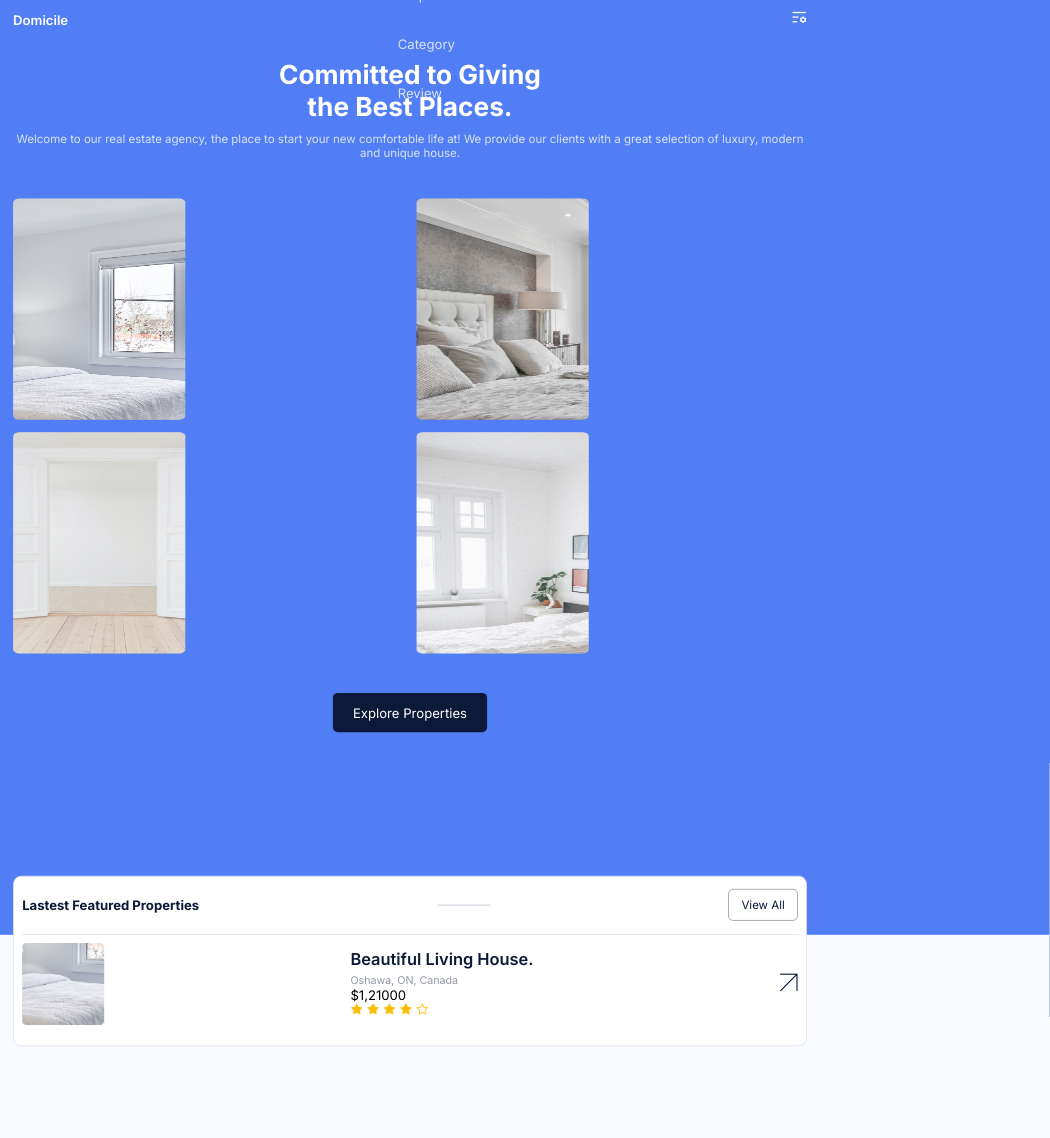
Repository: haokiet2501/domicile-real-estate
Page: index.html
An editor plug-in stored every save of this project. The page is shown before and after the next save, followed by the edit.
The browser window is 1280 px wide. The pictures show the whole page, at 82% of full size.
The style sheet was rebuilt from its Sass, Less or Tailwind sources for each picture, by a compiler version that may differ from the author's.

Above is the page before, as saved 2022-06-11 16:24:12.

### index.html
<!DOCTYPE html>
<html lang="en">
<head>
    <meta charset="UTF-8">
    <meta http-equiv="X-UA-Compatible" content="IE=edge">
    <meta name="viewport" content="width=device-width, initial-scale=1.0">
    <link href="https://cdn.jsdelivr.net/npm/remixicon@2.5.0/fonts/remixicon.css" rel="stylesheet">
    <link rel="stylesheet" href="sass/css/styles.css">
    <title>Real Estate Website - Domicile</title>
</head>
<body>
    <header class="header" id="header">
        <nav class="nav container">
            <a href="#" class="nav__logo">Domicile</a>

            <div class="nav__menu" id="nav-menu">
                <ul class="nav__list">
                    <li class="nav__item">
                        <a href="#" class="nav__link active-link">Home</a>
                    </li>
                    <li class="nav__item">
                        <a href="#" class="nav__link">Properties</a>
                    </li>
                    <li class="nav__item">
                        <a href="#" class="nav__link">Category</a>
                    </li>
                    <li class="nav__item">
                        <a href="#" class="nav__link">Review</a>
                    </li>
                </ul>

                <i class="ri-close-line nav__close" id="nav-close"></i>
            </div>

            <div class="nav__toggle" id="nav-toggle">
                <i class="ri-list-settings-line"></i>
            </div>
        </nav>
    </header>

    <main class="main">
        <section class="home section" id="home">
            <div class="home__container container grid">
                <div class="home__data">
                    <h1 class="home__data-subtitle">
                        Committed to Giving<br>the Best Places.
                    </h1>
                    <p class="home__data-title">
                        Welcome to our real estate agency, the place to start your new comfortable life at! We provide our clients with a great selection of luxury, modern and unique house.
                    </p>
                </div>

                <div class="home__images">
                    <img src="imgs/hero-one.png" alt="">
                    <img src="imgs/hero-two.png" alt="">
                    <img src="imgs/hero-three.png" alt="">
                    <img src="imgs/hero-four.png" alt="">
                </div>

                <div class="home__button">
                    <a href="#" class="button">Explore Properties</a>
                </div>
            </div>
        </section>

        <section class="futured" id="futured">
            <div class="futured__container container">
                <div class="futured__properties">
                    <div class="futured__properties-content">
                        Lastest Featured Properties
                    </div>
                    <div class="futured__properties-line"></div>
                    <div class="futured__properties-button">View All</div>
                </div>

                <div class="futured__card">
                    <img class="futured__card-img" src="imgs/future.png" alt="">
                    <div class="futured__card-layouts">
                        <div class="futured__card-text">
                            <h3>Beautiful Living House.</h3>
                            <p>Oshawa, ON, Canada</p>
                        </div>
                        <div class="futured__card-price">
                            <p>$1,21000</p>
                            <img src="imgs/rating.png" alt="">
                        </div>
                    </div>
                    <div class="futured__card-btnfutured">
                        <svg width="22" height="22" viewBox="0 0 22 22" fill="none" xmlns="http://www.w3.org/2000/svg">
                            <path d="M1 21L21 1M21 1H1M21 1V21" stroke="#0C1938" stroke-width="1.5" stroke-linecap="round" stroke-linejoin="round"/>
                        </svg>
                    </div>
                </div>
            </div>
        </section>
    </main>
    <script src="app.js"></script>
</body>
</html>

### app.js
// Show Menu
const navMenu = document.getElementById('nav-menu'),
    navToggle = document.getElementById('nav-toggle'),
    navClose = document.getElementById('nav-close');

if (navToggle) {
    navToggle.addEventListener('click', () => {
        navMenu.classList.add('show-menu');
    });
}

if(navClose) {
    navClose.addEventListener('click', () => {
        navMenu.classList.remove('show-menu');
    })
}

### sass/styles.scss
@import './base/base';
@import './main/main';

### sass/base/_base.scss
@import url('https://fonts.googleapis.com/css2?family=Inter:wght@400;500;600;700;800;900&display=swap');

* {
    margin: 0;
    padding: 0;
    box-sizing: border-box;
}

html {
    scroll-behavior: smooth;
}

body {
    font-family: 'Inter', sans-serif;
    font-style: normal;
    background: var(--color-main);
}

ul {
    list-style: none;
}

a {
    text-decoration: none;
}

img {
    max-width: 100%;
    height: auto;
}

button, input {
    border: none;
    outline: none;
}

:root {
    --header-height: 3rem;

    --color-main: #F8FAFF;
    --color-bg-header: #517EF5;
    --white-color: #FFFFFF;
    --color-nav: #D8E2FA;
    --color-footer: #0E1935;
    --color-btn: #0C1938;
    --color-title: #9398A4;

    --biggest-font-size: 2.5rem;
    --medium-font-size: 2rem;
    --h1-font-size: 1.5rem;
    --h2-font-size: 1.25rem;
    --h3-font-size: 1rem;
    --normal-font-size: 0.938rem;
    --small-font-size: 0.813rem;
    --smaller-font-size: 0.75rem;

    --font-smaller: 400;
    --font-medium: 500;
    --font-semi-bold: 600;
    --font-semi-big: 700;

     /* Margin Bottom */
    --mb-0-25: 0.25rem;
    --mb-0-5: 0.5rem;
    --mb-0-75: 0.75rem;
    --mb-1: 1rem;
    --mb-1-25: 1.25rem;
    --mb-1-5: 1.5rem;
    --mb-2: 2rem;
    --mb-2-5: 2.5rem;

    --scale-hover: scale(.98);
}

@media screen and (min-width: 968px) {
    :root {
        --biggest-font-size: 4rem;
        --h1-font-size: 2.25rem;
        --h2-font-size: 1.75rem;
        --h3-font-size: 1.25rem;
        --normal-font-size: 1rem;
        --small-font-size: 0.875rem;
        --smaller-font-size: 0.813rem;
    }
}

### sass/main/_main.scss
.header {
    width: 100%;
    position: fixed;
    top: 0;
    left: 0;
    z-index: 100;
    background-color: var(--color-bg-header);
}

.main {
    overflow-x: hidden;
}

.container {
    max-width: 968px;
    margin-left: var(--mb-1);
    margin-right: var(--mb-1);
}

.grid {
    display: grid;
    gap: 1.5rem;
}

.section {
    padding: 4.5rem 0 2.5rem;
}

// NAV
.nav {
    display: flex;
    justify-content: space-between;
    align-items: center;
    height: var(--header-height);

    &__logo,
    &__toggle{
        color: var(--white-color);
    }

    &__logo {
        font-weight: var(--font-semi-bold);
    }

    &__toggle{
        font-size: 1.2rem;
        cursor: pointer;
    }

    &__menu {
        position: relative;

        @media screen and (max-width: 767px){
            position: fixed;
            background-color: var(--color-footer);
            top: 0;
            right: -100%;
            width: 70%;
            height: 100%;
            box-shadow: -1px 0 4px rgba(0, 0, 0, .15);
            padding: 3rem;
            transition: .4s;
        }
    }

    &__list {
        display: flex;
        flex-direction: column;
        row-gap: 2.5rem;
    }

    &__link {
        font-weight: var(--font-smaller);
        color: var(--color-nav);

        &:hover {
            color: var(--white-color);
            transform: var(--scale-hover);
        }
    }

    &__close {
        position: absolute;
        top: .75rem;
        right: 1rem;
        font-size: 1.5rem;
        color: var(--white-color);
        cursor: pointer;
    }
}

// Show menu
.show-menu {
    right: 0;
}

.home {
    background-color: var(--color-bg-header);
    height: calc(165vh - var(--header-height));
    &__container {
        row-gap: 3rem;
    }

    &__data {
        text-align: center;

        &-subtitle {
            color: var(--white-color);
            font-size: var(--medium-font-size);
            font-weight: var(--font-semi-big);
            margin-bottom: 10px;
        }
        &-title {
            color: var(--color-nav);
            font-weight: var(--font-smaller);
            font-size: var(--small-font-size);
        }
    }

    &__images {
        display: grid;
        gap: 15px;
        grid-template-columns: repeat(2, 1fr);

        img {
            width: 210px;
            height: 270px;
            transition: .3s ease-out;

            &:hover {
                transform: var(--scale-hover);
                transition: .3s ease-out;
            }
        }
    }

    &__button {
        display: flex;
        justify-content: center;
        align-items: center;

        .button {
            padding: 14px 24px;
            background-color: var(--color-btn);
            color: var(--white-color);
            border-radius: 6px;
            font-size: var(--normal-font-size);
            transition: .3s ease-out;

            &:hover {
                transform: var(--scale-hover);
                transition: .3s ease-out;
            }
        }
    }
}

.futured {
    position: relative;
    transform: translateY(-4.5rem);
    padding-bottom: 2.5rem;

    &__container {
        background-color: var(--white-color);
        border: 1px solid #DDE1EA;
        border-radius: 10px;
        padding: 15px 10px;
    }

    &__properties {
        display: flex;
        justify-content: space-between;
        align-items: center;
        border-bottom: 1px solid #DDE1EA;
        padding-bottom: 1rem;

        &-content {
            font-weight: var(--font-semi-big);
            color: var(--color-btn);

        }

        &-line {
            width: calc(var(--header-height) + 1rem);
            height: 1px;
            border: 1px solid #DDE1EA;
        }

        &-button {
            border: 1px solid #9398A4;
            padding: 10px 15px;
            border-radius: 6px;
            color: var(--color-btn);
            font-weight: var(--font-smaller);
            font-size: var(--small-font-size);
            transition: .3s ease-out;

            &:hover {
                transform: var(--scale-hover);
                transition: .3s ease-out;
            }
        }
    }

    &__card {
        display: flex;
        justify-content: space-between;
        align-items: center;
        margin: 10px 0;

        &-img {
            width: 100px;
            height: 100px;
        }

        &-text {
            h3 {
                font-weight: var(--font-semi-bold);
                color: var(--color-btn);
                font-size: var(--h3-font-size);
                margin-bottom: 5px;
            }

            p {
                font-weight: var(--font-smaller);
                color: var(--color-title);
                font-size: var(--smaller-font-size);
            }
        }

        &-price {

        }
    }
}

After the next save:
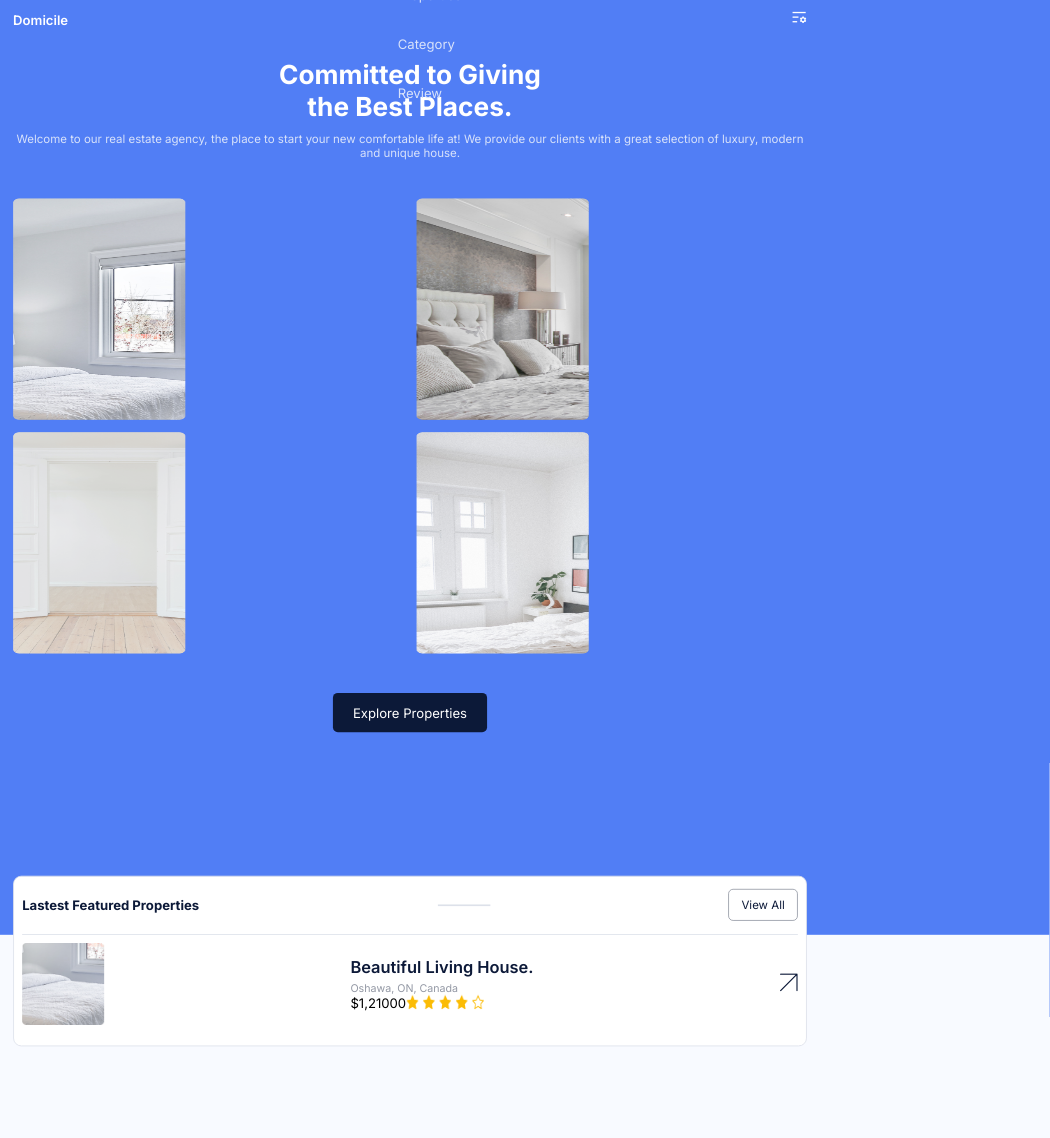
Saved 4 s later.
--- a/sass/main/_main.scss
+++ b/sass/main/_main.scss
@@ -229,7 +229,8 @@
         }
 
         &-price {
-
-        }
-    }
-}
+            display: flex;
+
+        }
+    }
+}
